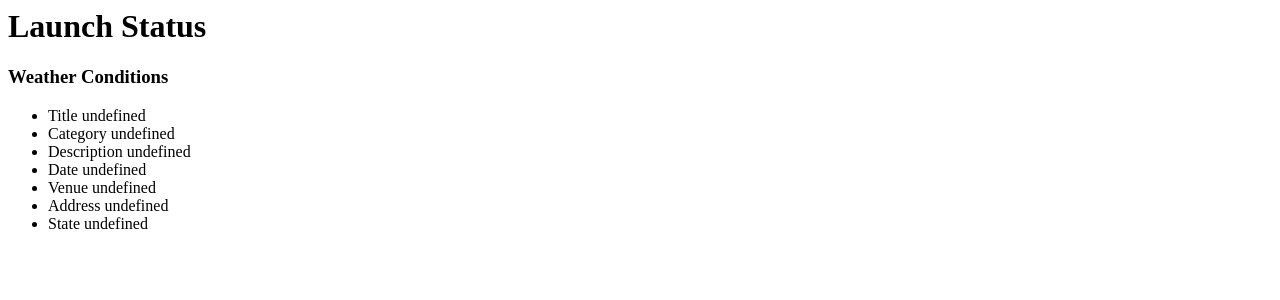
Repository: JohnRudolph1/Events-JSON
Page: index.html
An editor plug-in stored every save of this project. The page is shown before and after a run of saves, followed by the edit.
The browser window is 1280 px wide. The pictures show the whole page.

Above is the page before, as saved 2022-01-10 09:21:17.

### index.html
<html>
   <head>
      <title>Launch Status</title>
      <script>
         window.addEventListener("load", function() {
            fetch("json.js").then( function(response) {
               response.json().then( function(json) {
                  const div = document.getElementById("events");
                  // Add HTML that includes the JSON data
                  div.innerHTML = `
                     <ul>
                        <li>Title ${json.title}</li>
                        <li>Category ${json.category}</li>
                        <li>Description ${json.description}</li>
                        <li>Date ${json.start}</li>
                        <li>Venue ${json.venue_name}</li>
                        <li>Address ${json.venue_formatted_address}</li>
                        <li>State ${json.state}</li>

                     </ul>
                  `;
               });
            });
         });
      </script>
   </head>
   <body>
      <h1>Launch Status</h1>
      <h3>Weather Conditions</h3>
      <div id="events">
         <!-- Weather data is added here dynamically. -->
      </div>
   </body>
</html>

Loaded but not shown: json.js (1073 lines, source omitted)

After the next 7 saves:
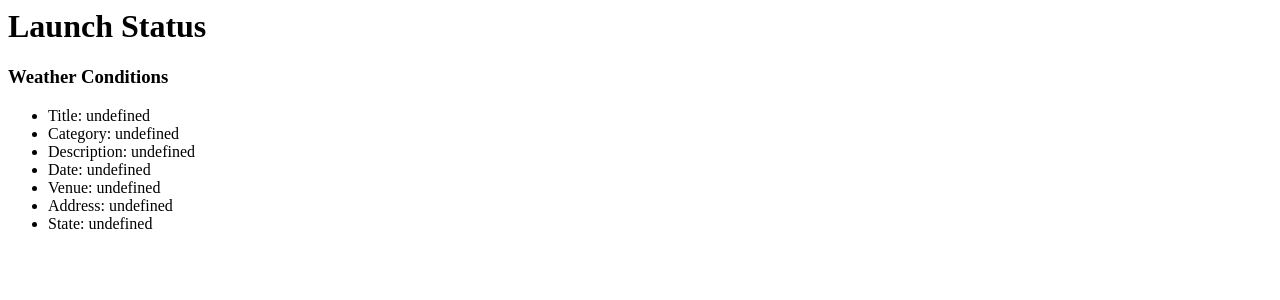
The 7 saves are shown as one change because they came seconds apart.
The last was saved 2 min 39 s later.
--- a/index.html
+++ b/index.html
@@ -9,13 +9,13 @@
                   // Add HTML that includes the JSON data
                   div.innerHTML = `
                      <ul>
-                        <li>Title ${json.title}</li>
-                        <li>Category ${json.category}</li>
-                        <li>Description ${json.description}</li>
-                        <li>Date ${json.start}</li>
-                        <li>Venue ${json.venue_name}</li>
-                        <li>Address ${json.venue_formatted_address}</li>
-                        <li>State ${json.state}</li>
+                        <li>Title: ${json.title}</li>
+                        <li>Category: ${json.category}</li>
+                        <li>Description: ${json.description}</li>
+                        <li>Date: ${json.start}</li>
+                        <li>Venue: ${json.venue_name}</li>
+                        <li>Address: ${json.venue_formatted_address}</li>
+                        <li>State: ${json.state}</li>
 
                      </ul>
                   `;
